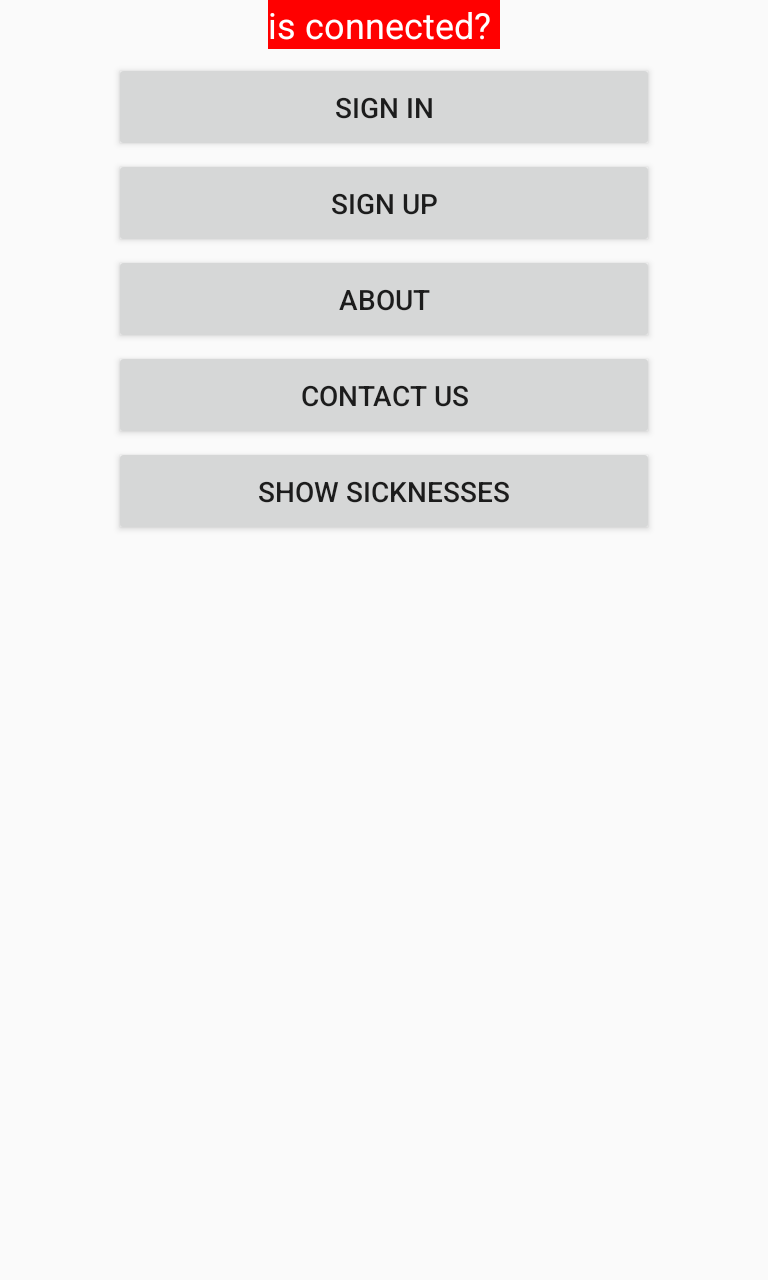
Repository: HAYKEL88/MASTER2_PFE
Layout: PFE_ANDROID/res/layout/activity_welcome_user.xml
These files come from the project's save history. The layout is drawn as it stood at one moment and after the next save; the edit follows.
It is drawn on a 768 x 1280 px phone screen (xhdpi) without system bars, with theme AppTheme; the app's code is not run.

Above is the layout before, as saved 2014-12-20 14:20:43.

After the next save:
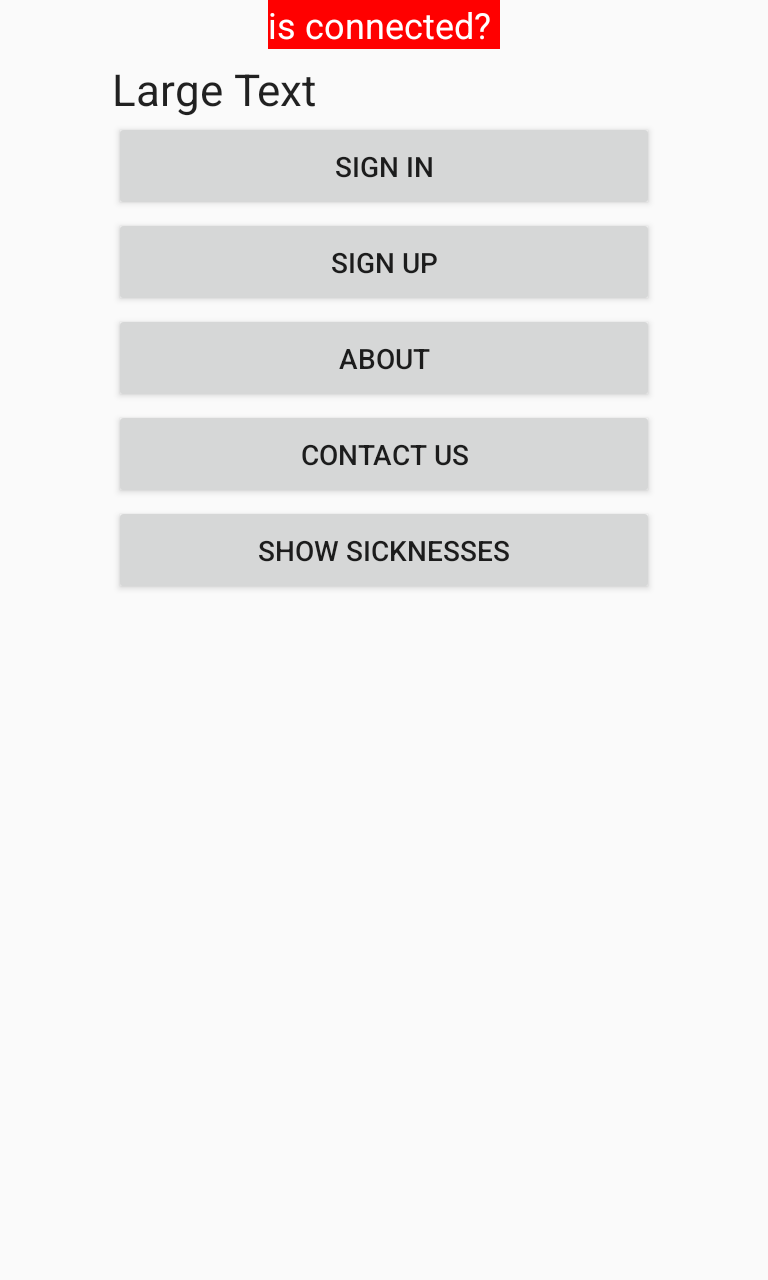
Saved 27 s later.
--- a/PFE_ANDROID/res/layout/activity_welcome_user.xml
+++ b/PFE_ANDROID/res/layout/activity_welcome_user.xml
@@ -14,6 +14,14 @@
         android:text="is connected? "
         android:textColor="#FFF"
         android:textSize="18dp" />
+
+    <TextView
+        android:id="@+id/textView1"
+        android:layout_width="272dp"
+        android:layout_height="wrap_content"
+        android:layout_gravity="center_horizontal"
+        android:text="Large Text"
+        android:textAppearance="?android:attr/textAppearanceLarge" />
 
     <Button
         android:id="@+id/updateProfile"
